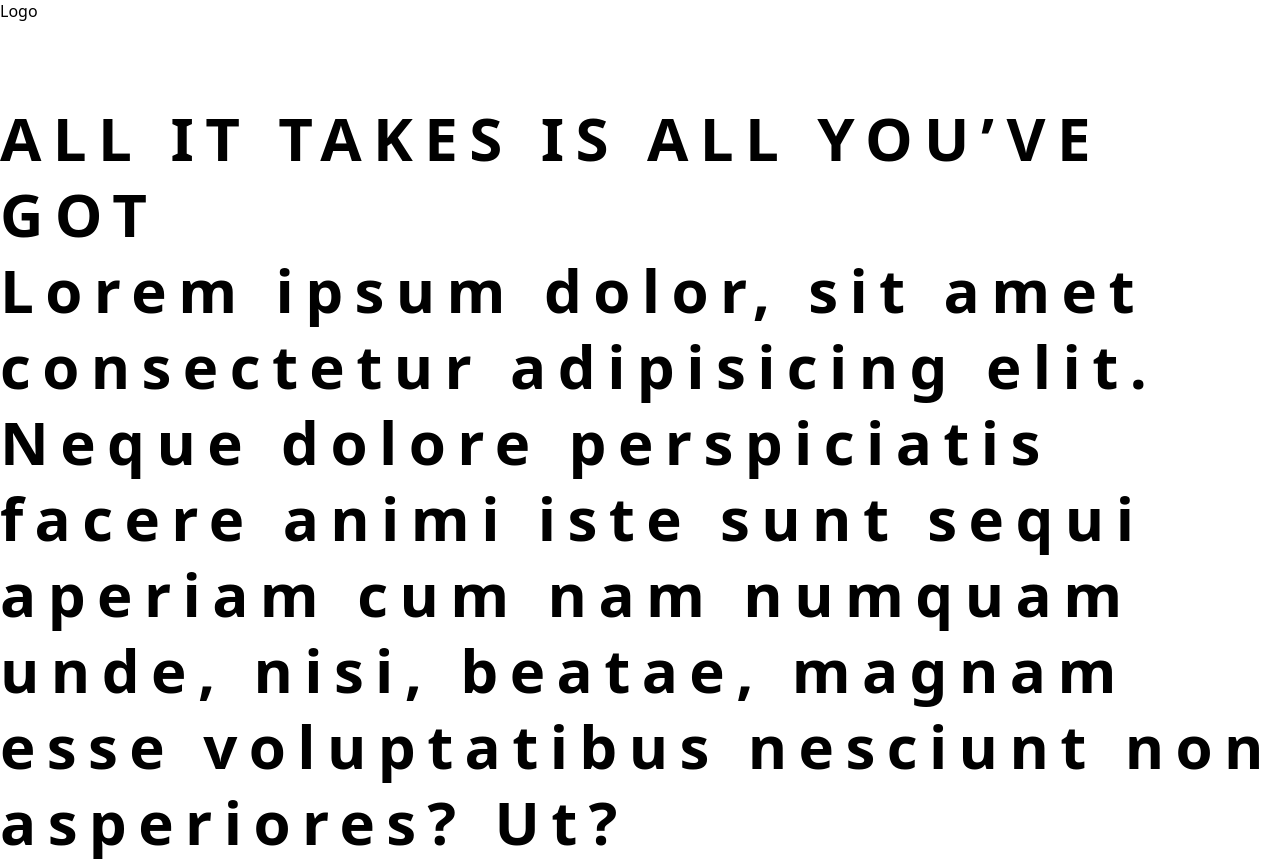
Repository: Thtsuman/dfc-site-v1
Page: /
The author's editor kept a copy of each file at every save. The page is drawn from the files as they stood at one save, then again after the next save.
The browser window is 1280 px wide. The pictures show the whole page.
The project was rebuilt for these pictures with package versions that can differ from the ones it lists, and the page was loaded fresh each time.

Above is the page before, as saved 2022-07-29 22:40:13.

After the next save:
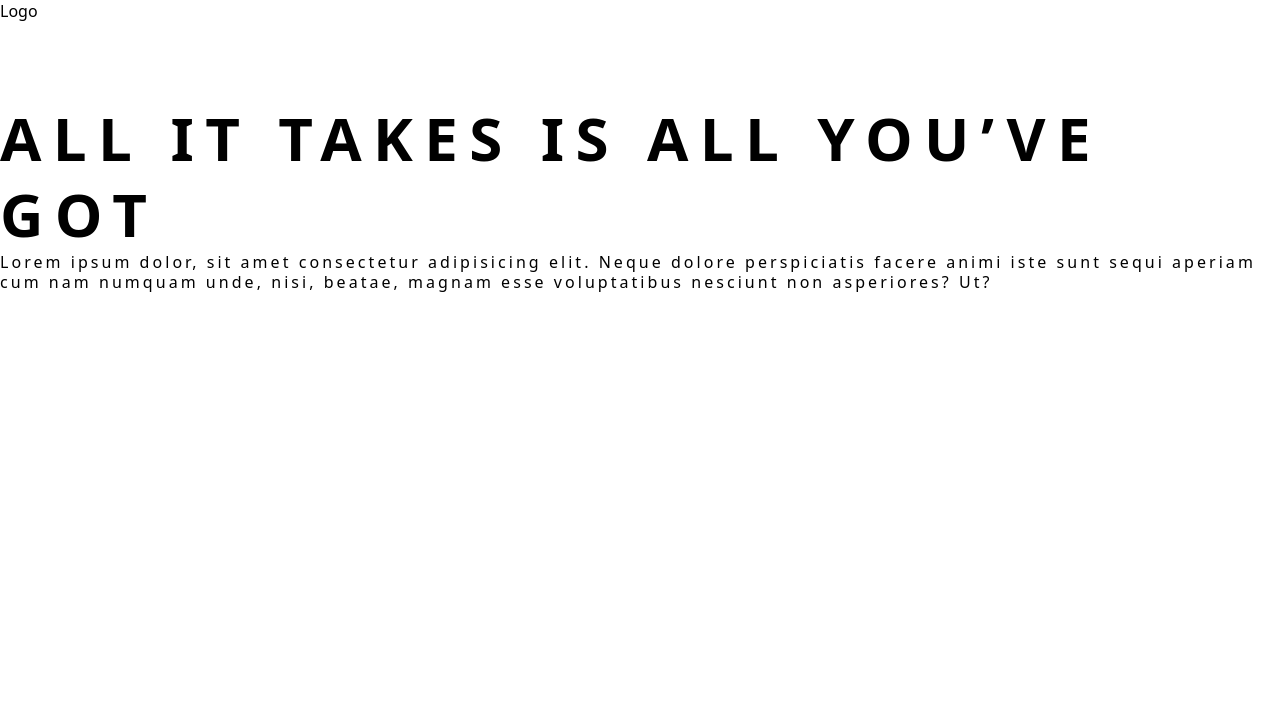
Saved 7 s later.
--- a/src/app.js
+++ b/src/app.js
@@ -8,7 +8,7 @@ const app = () => {
     <div>
         <Logo />
         <Typography type='big_heading'>ALL IT TAKES IS ALL YOU’VE GOT</Typography>
-        <Typography type='big_heading'>
+        <Typography type='body1'>
         Lorem ipsum dolor, sit amet consectetur adipisicing elit. Neque dolore perspiciatis facere animi iste sunt sequi aperiam cum nam numquam unde, nisi, beatae, magnam esse voluptatibus nesciunt non asperiores? Ut?
         </Typography>
     </div>
